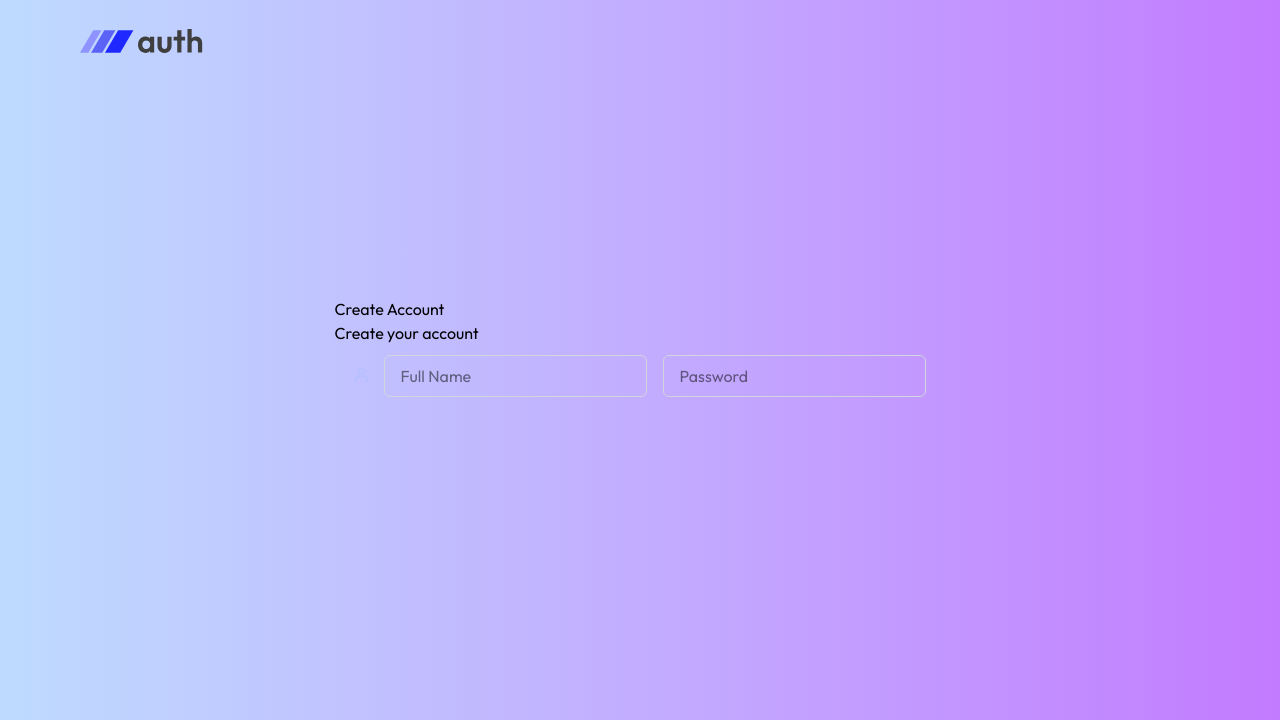
Repository: AuthnSapuarachchi/AuthnticationApplication-MERN-Stack
Page: /login (app in client/)
These files come from the project's save history. The page is drawn as it stood at one moment and after the next save; the edit follows.
The browser window is 1280 px wide. The pictures show the whole page.
The project was rebuilt for these pictures with package versions that can differ from the ones it lists, and the page was loaded fresh each time. Also part of the build but not shown: client/vite.config.js, client/src/components/NavBar.jsx, client/src/components/Header.jsx, client/src/pages/home.jsx, client/src/pages/ResetPassword.jsx, client/src/pages/EmailVerify.jsx.

Above is the page before, as saved 2025-07-31 12:04:15.

After the next save:
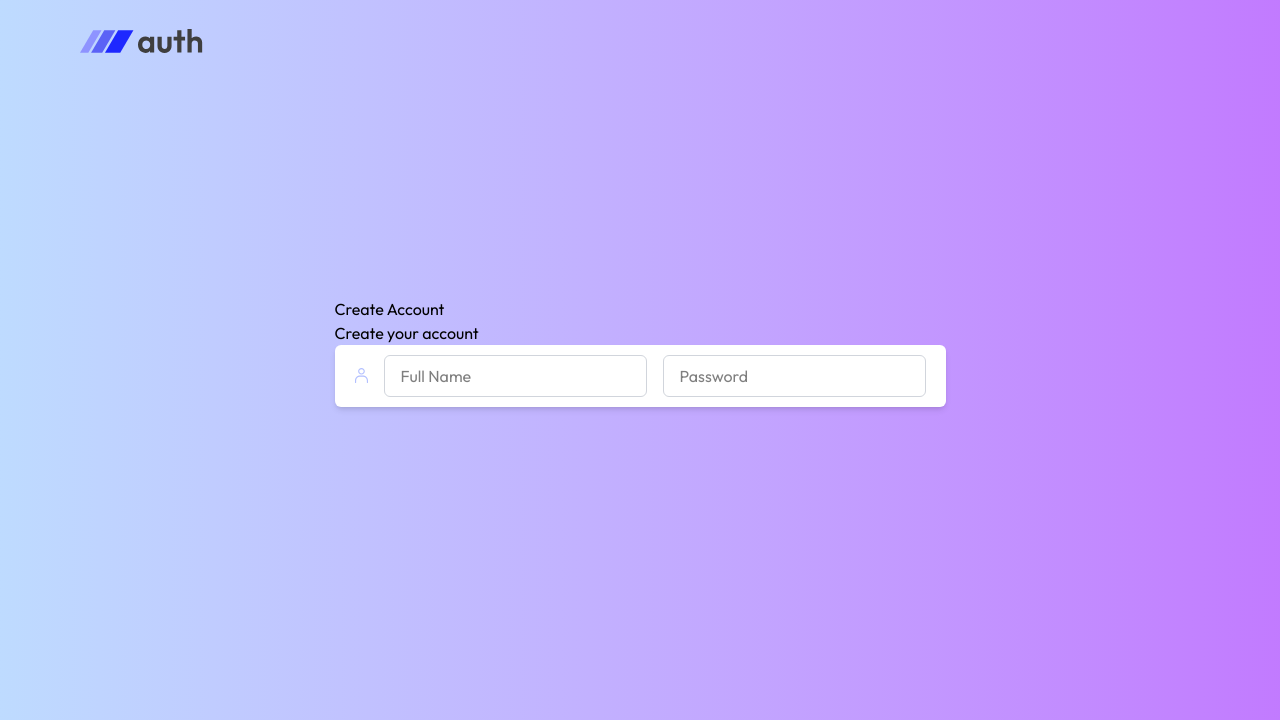
Saved 5 s later.
--- a/client/src/pages/login.jsx
+++ b/client/src/pages/login.jsx
@@ -12,7 +12,7 @@ const Login = () => {
         <h2>{state === 'Sign Up' ? 'Create Account' : 'Login'}</h2>
         <p>{state === 'Sign Up' ? 'Create your account' : 'Login to your account'}</p>
         <form>
-          <div className=' mb-4 flex items-center gap-4 w-full px-5 py-2.5'>
+          <div className=' mb-4 flex items-center gap-4 w-full px-5 py-2.5 bg-white rounded-md shadow-md'>
             <img src={assets.person_icon} alt="" />
             <input type="text" placeholder='Full Name' className='border border-gray-300 px-4 py-2 rounded-md' required/>
             <input type="password" placeholder='Password' className='border border-gray-300 px-4 py-2 rounded-md' />
